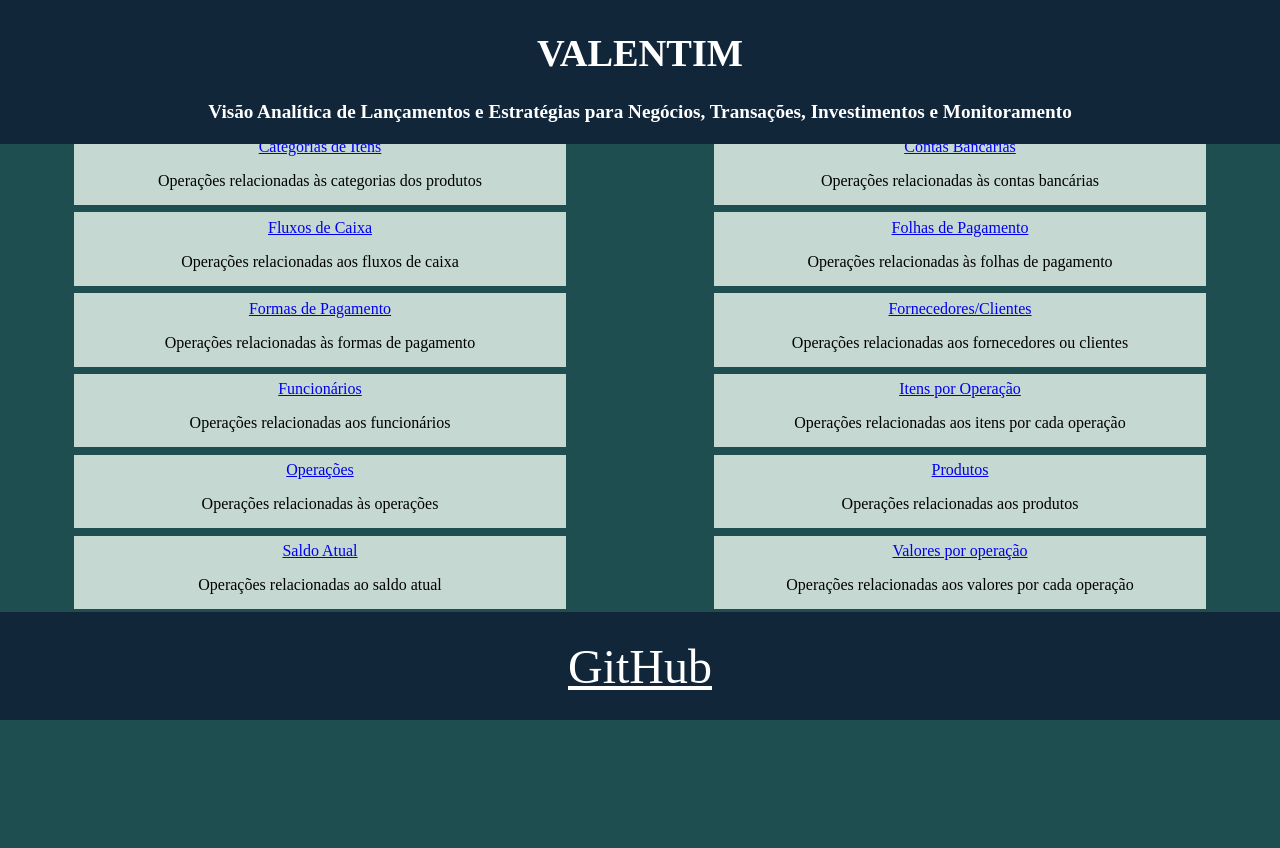
Repository: Matheus-Lacerda009/ERP-Financeiro
Page: Front/menu/menu.html
An editor plug-in stored every save of this project. The page is shown before and after the next save, followed by the edit.
The browser window is 1280 px wide. The pictures show the whole page.

Above is the page before, as saved 2026-07-13 19:10:13.

After the next save:
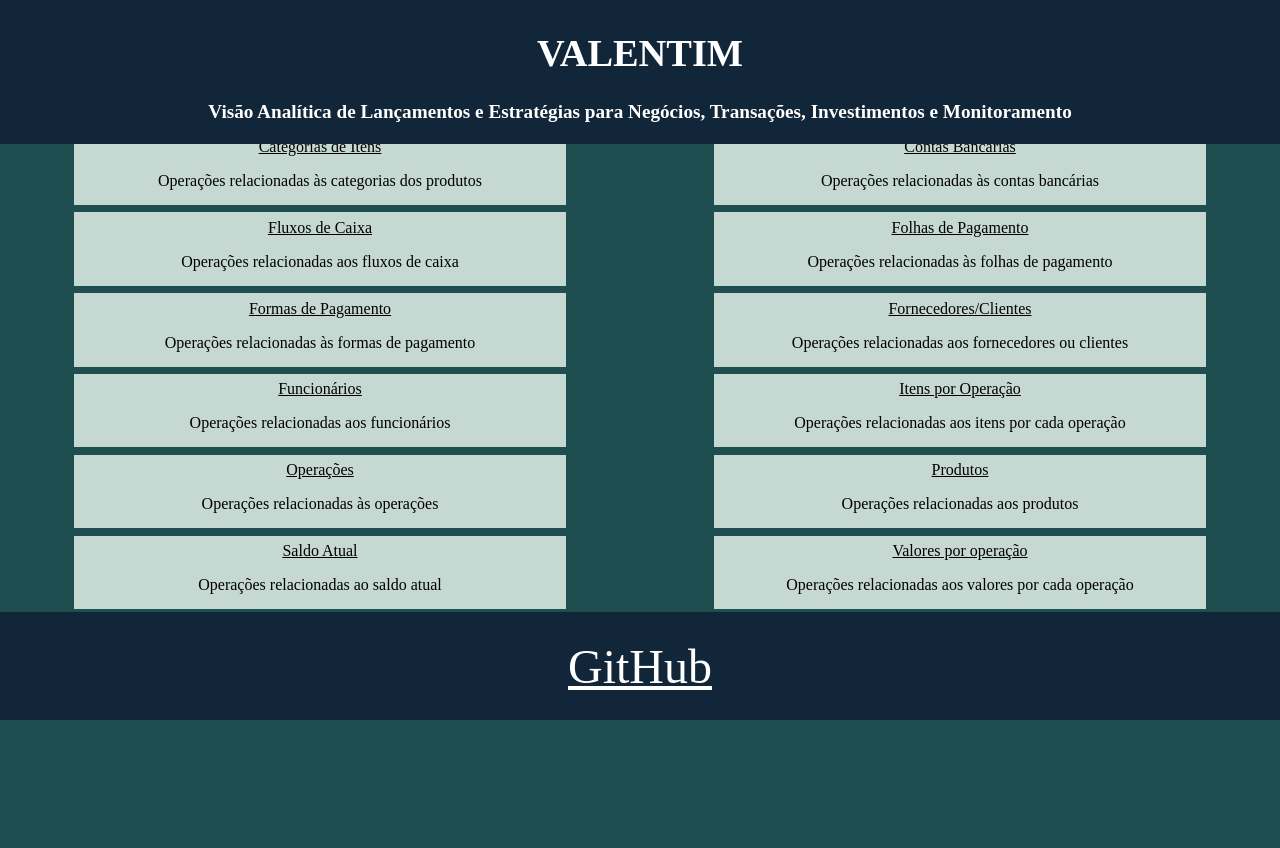
Saved 4 s later.
--- a/Front/menu/menu.css
+++ b/Front/menu/menu.css
@@ -66,5 +66,5 @@ body{
 }
 
 .links{
-    color
+    color: black;
 }
